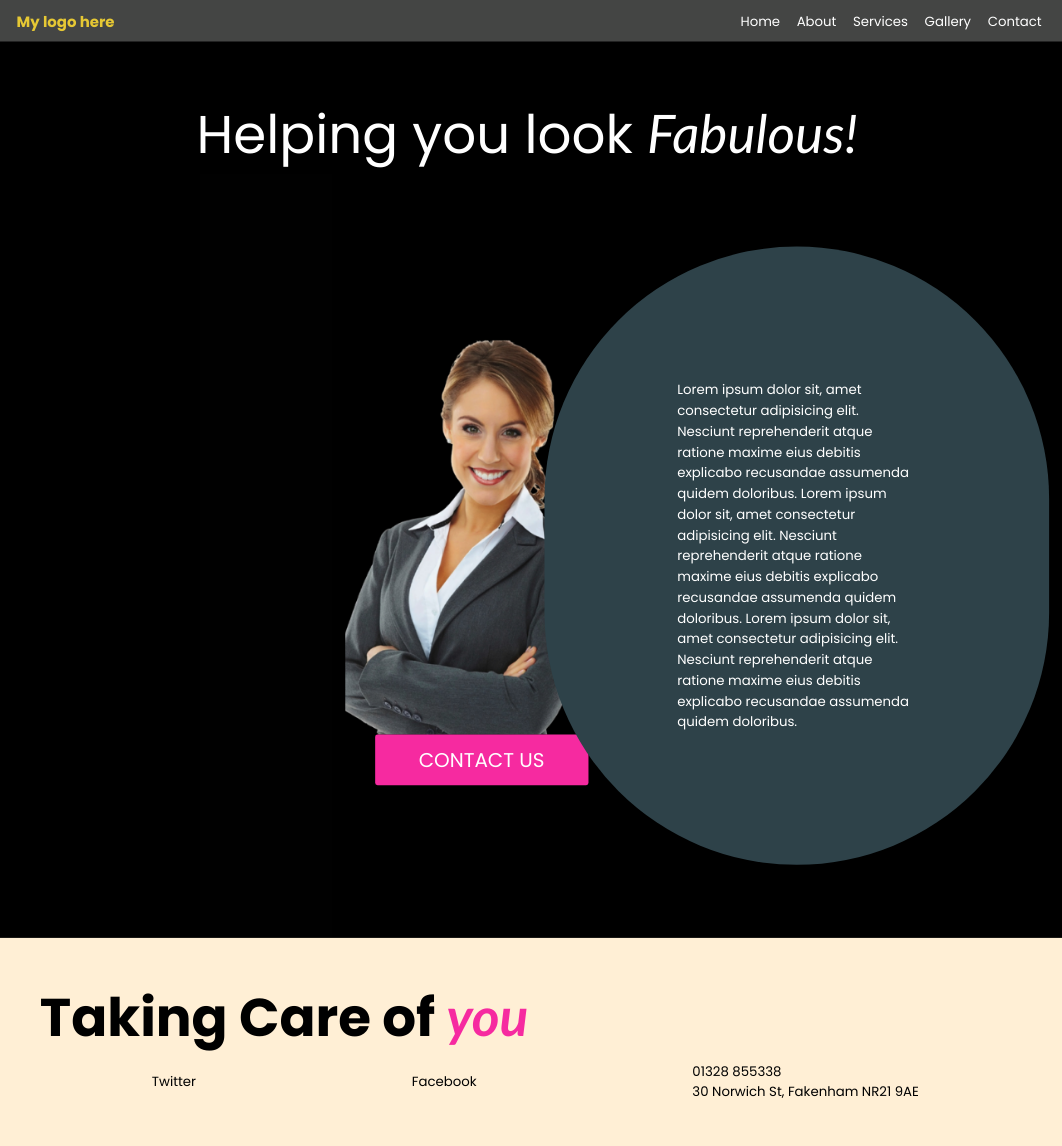
Repository: buzzedison/gardens
Page: index.html
The author's editor kept a copy of each file at every save. The page is drawn from the files as they stood at one save, then again after the next save.
The browser window is 1280 px wide. The pictures show the whole page, at 83% of full size.

Above is the page before, as saved 2022-01-13 08:13:38.

### index.html
<!DOCTYPE html>
<html lang="en">
<head>
    <meta charset="UTF-8">
    <meta http-equiv="X-UA-Compatible" content="IE=edge">
    <meta name="viewport" content="width=device-width, initial-scale=1.0">
    <title>B</title>
    <script src="index.js" defer></script>
    <link rel="stylesheet" href="/css/styles.css">
</head>
<body>
    <div>

        <Header>
            <div id="logo"> <a href="/">My logo here</a></div>
            <nav>
<ul>
    <li> <a href="/"> Home</a></li>
    <li> <a href="/"> About</a></li>
    <li> <a href="/"> Services</a></li>
    <li> <a href="/"> Gallery</a></li>
    <li> <a href="/">  Contact</a></li>
</ul>

 </nav>
            <!-- Mobile version -->
            <div id="mobile-icon" onclick="toggleMobileMenu(this)">
                <div class="bar1"></div>
                <div class="bar2"></div>
                <div class="bar3"></div>
                <ul class="mobile-menu">
                  <li><a href="/">Home</a></li>
                  <li><a href="/">About</a></li>
                  <li><a href="/">Services</a></li>
                  <li><a href="/">Gallery</a></li>
                  <li><a href="/">Contact</a></li>

                </ul>
              </div>
        </Header>
        <main class="container">
            <section1>
                <p class="section-title">Helping you look  <span id="fab">Fabulous!</span></p>
                <div class="grid">
                    <div class="grida">
                        <p class="text-grid"><img class ="img" src="images/woman.png">
                            <br/>
                            <a href="/" class="button"> CONTACT US </a>

                    </div>

                    <div class="gridb">
                        <div class="inside">
                        <p class="text-grid">
                        Lorem ipsum dolor sit, amet consectetur adipisicing elit.
                        Nesciunt reprehenderit atque ratione maxime eius
                        debitis explicabo recusandae assumenda quidem doloribus.
                        Lorem ipsum dolor sit, amet consectetur adipisicing elit.
                        Nesciunt reprehenderit atque ratione maxime eius
                        debitis explicabo recusandae assumenda quidem doloribus.
                        Lorem ipsum dolor sit, amet consectetur adipisicing elit.
                        Nesciunt reprehenderit atque ratione maxime eius
                        debitis explicabo recusandae assumenda quidem doloribus.
                    </p>
                </div>
                    </div>
                </div>
            </section1>

        </main>

        <footer class="footer">
            <div class="gridnew">
                <div>
                    <h3 class="take"> Taking Care of <span class="you">you</span> </h3>
                </div>

                <div class="gridnewb">
                    <ul>
                        <li class="list">Twitter</li>
                        <li class="list">Facebook </li>
                        <li class="list"> <span class="contact">01328 855338 <br/>30 Norwich St, Fakenham NR21 9AE </span></li>

                    </ul>


                </div>
            </div>
        </footer>
    </div>
</body>
</html>

### css/styles.css
@import url("https://fonts.googleapis.com/css2?family=Poppins:wght@400;700&display=swap");

* {
  padding: 0;
  margin: 0;
  box-sizing: border-box;
}

body {
  color: black;
  font-family: "Poppins", sans-serif;
  background-color:black;
}

header a {
  text-decoration: none;
}

header {
  padding: 0 20px;
  background-color: #444544;
  height: 50px;
  display: flex;
  justify-content: space-between;
}

#logo {
  font-weight: bold;
  font-size: 18px;
  display: flex;
  align-items: center;
}

#logo a {
  color: #e6c834;
}

ul {
  list-style: none;
  height: 100%;
  display: flex;
  align-items: center;
  justify-content: space-around;
}

ul a {
  color: white;
}

ul li {
  padding: 5px;
  margin-left: 10px;
}

ul li:hover {
  transform: scale(1.1);
  transition: 0.3s;
}




#mobile-icon {
  margin: auto 0;
  display: none;
  cursor: pointer;
}

#mobile-icon div {
  width: 35px;
  height: 3px;
  background-color: white;

  margin: 6px 0;
  transition: 0.4s;
}

.open .bar1 {
  -webkit-transform: rotate(-45deg) translate(-6px, 6px);
  transform: rotate(-45deg) translate(-6px, 6px);
}

.open .bar2 {
  opacity: 0;
}

.open .bar3 {
  -webkit-transform: rotate(45deg) translate(-6px, -8px);
  transform: rotate(45deg) translate(-6px, -8px);
}

.open .mobile-menu {
  display: flex;
  flex-direction: column;
  align-items: center;
  justify-content: flex-start;
}

.mobile-menu {
  display: none;
  position: absolute;
  top: 50px;
  left: 0;
  height: calc(100vh - 50px);
  width: 100%;

}

.mobile-menu li {
  margin-bottom: 10px;

}

@media only screen and (max-width: 600px) {
  header nav {
    display: none;
  }

  #mobile-icon {
    display: block;
  }
}


.section-title{
  color: white;
  font-size: 4em;
  padding-top: 1em;
  padding-left: 3.7em;



}

@media only screen and (max-width:600){

  .section-title{
    padding-left: 0;
    font-size: 1em;

  }
}

#fab {
  font-family: 'Trebuchet MS', 'Lucida Sans Unicode', 'Lucida Grande', 'Lucida Sans', Arial, sans-serif;
  font-style: italic;
}


.grid > div{
   padding:1em;
   background-color:rgba(255, 235, 205, 0);

}

.grid > div:nth-child(odd){
  background-color:rgba(255, 248, 220, 0.003);



}

.grid{
  display:grid;
  grid-template-columns: 40% 60%;
  /* seperating columns */
  grid-column-gap: -40em;
  box-sizing: border-box;
  place-items: center;

  /* browser automatically breaks when it gets to 300px */
  grid-template-columns: repeat(auto-fit, minmax(300px, 1fr));

  grid-template-areas: "overlay";

}

.text-grid {
  padding: 10em;
  color:white;





}

.grida{
  align-self: end;
  justify-self: center;
  width:10em;
  /* position:absolute; */
  display:flex

}

.gridb{



}


/* Buttons  */

a.button{
  display:inline-block;
  padding:0.55em 2.2em;
  border:none;
  margin:0 0.3em 0.3em 0;
  border-radius:0.12em;
  box-sizing: border-box;
  text-decoration:none;
  background-color:#F62AA0;
  float:right;

  font-weight:400;
  font-size:1.5em;
  color:#FFFFFF;
  text-align:center;
  transition: all 0.2s;



  }

  @media only screen and (max-width: 600px){
    a.button{
      display:inline-block;
      padding:0.45em 1.8em;
      border:none;
      /* margin:0 0.1em 0.3em 0; */
      border-radius:0.12em;
      box-sizing: border-box;
      text-decoration:none;
      background-color:#F62AA0;
      float:left;

      font-weight:400;
      font-size:1.5em;
      color:#FFFFFF;
      text-align:center;
      transition: all 0.2s;
    }
  }
  a.button1:hover{
  color:#000000;
  background-color:#FFFFFF;
  }
  @media all and (max-width:30em){
  a.button1{
  display:block;
  margin:0.4em auto;

  }
  }

  .img {
    float:right;



  }


  .inside {

    width: 100%;
   height: 100%;
   background: #2E4249;
   -moz-border-radius: 70px;
   -webkit-border-radius: 70px;
   border-radius: 500px;
    transition: all 1s ease;



  }
  .inside:hover {
    background: #3b5159;

  }



  .footer {
    /* position: fixed;
    left: 0;
    bottom: 0;
    width: 100%;
    background-color: red; */

  min-height: 100vh;
  margin: 0;

  display: grid;
  grid-template-rows: auto 1fr auto;

  min-height:50px;
  background:PapayaWhip;
  }


  .gridnew{
    padding:3em;
  }


  .take{
    font-size: 4em;
  }

  .you{
    font-family: 'Trebuchet MS', 'Lucida Sans Unicode', 'Lucida Grande', 'Lucida Sans', Arial, sans-serif;
    font-style: italic;
    color:#F62AA0;
  }

Loaded but not shown: index.js (common file)

After the next save:
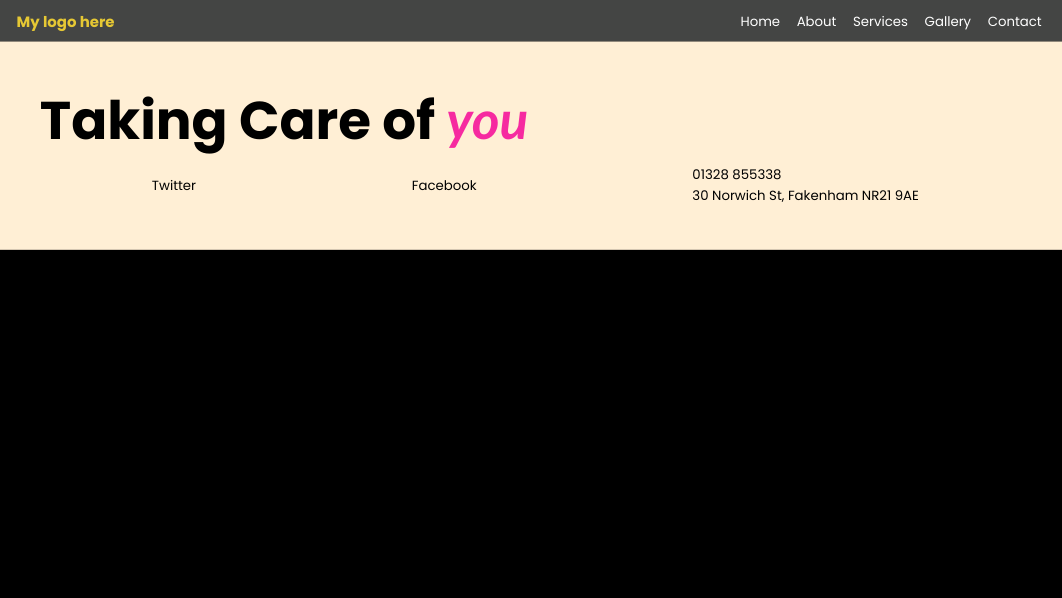
Saved 36 min 48 s later.
--- a/index.html
+++ b/index.html
@@ -38,7 +38,7 @@
                 </ul>
               </div>
         </Header>
-        <main class="container">
+        <!-- <main class="container">
             <section1>
                 <p class="section-title">Helping you look  <span id="fab">Fabulous!</span></p>
                 <div class="grid">
@@ -65,7 +65,7 @@
                 </div>
                     </div>
                 </div>
-            </section1>
+            </section1> -->
 
         </main>
 

After the save that followed:
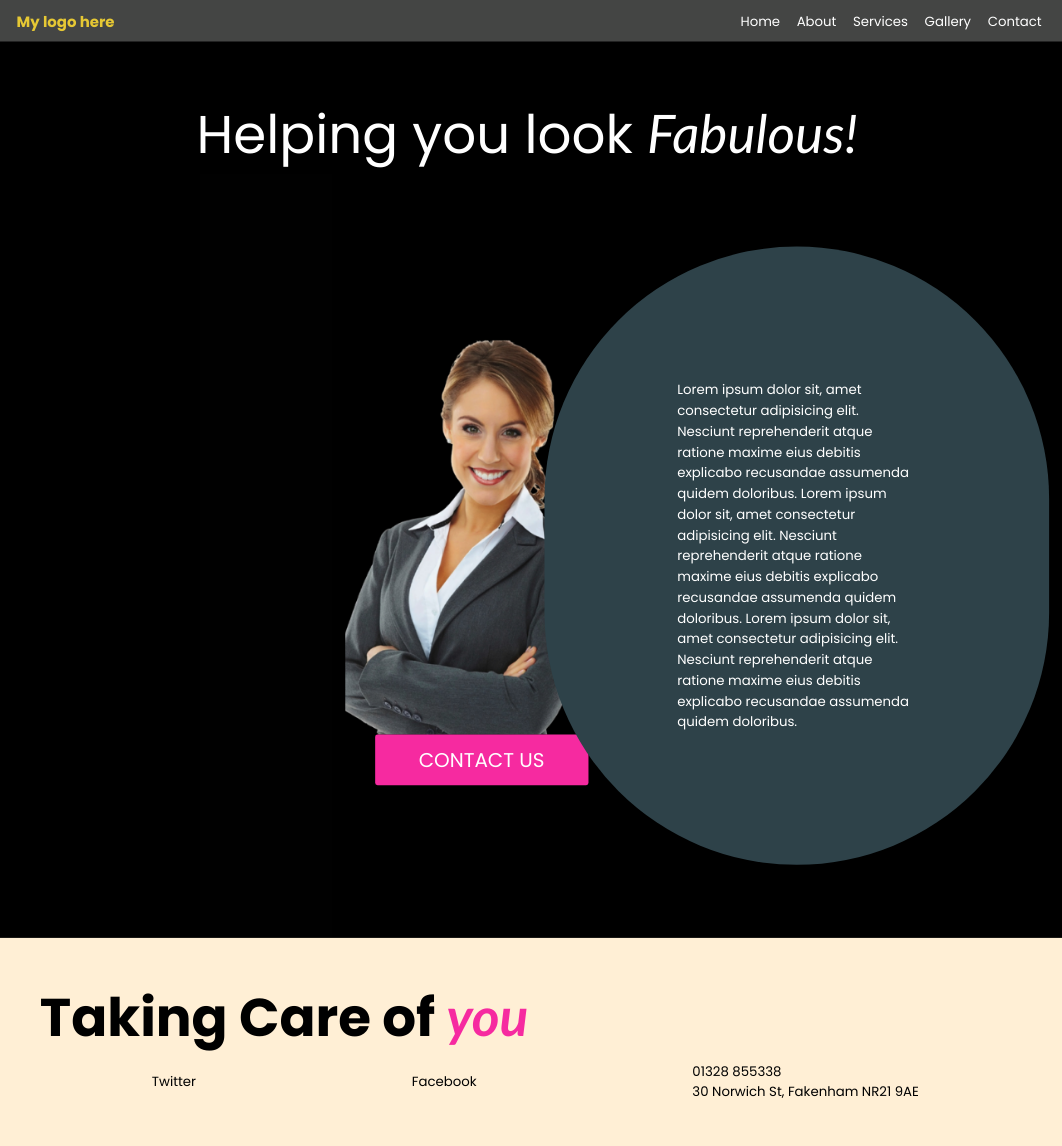
Saved 18 s later.
--- a/index.html
+++ b/index.html
@@ -38,7 +38,7 @@
                 </ul>
               </div>
         </Header>
-        <!-- <main class="container">
+        <main class="container">
             <section1>
                 <p class="section-title">Helping you look  <span id="fab">Fabulous!</span></p>
                 <div class="grid">
@@ -65,7 +65,7 @@
                 </div>
                     </div>
                 </div>
-            </section1> -->
+            </section1>
 
         </main>
 
